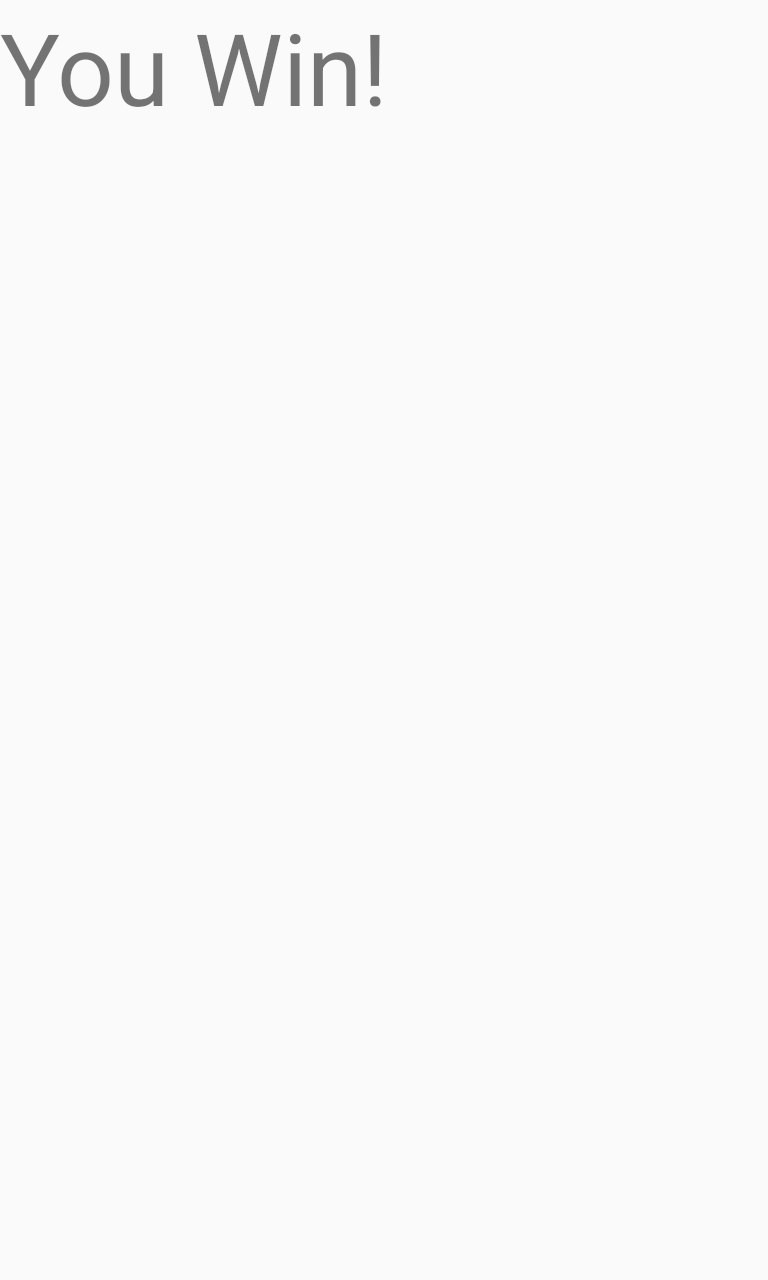
Repository: Rukshar/Native-App
Layout: nPuzzle10694676/nPuzzle10694676/res/layout/you_win.xml
These files come from the project's save history. The layout is drawn as it stood at one moment and after the next save; the edit follows.
It is drawn on a 768 x 1280 px phone screen (xhdpi) without system bars, with theme AppTheme; the app's code is not run.

Above is the layout before, as saved 2014-11-20 15:11:22.

### nPuzzle10694676/nPuzzle10694676/res/layout/you_win.xml
<?xml version="1.0" encoding="utf-8"?>
<LinearLayout xmlns:android="http://schemas.android.com/apk/res/android"
    android:layout_width="match_parent"
    android:layout_height="match_parent"
    android:orientation="vertical" >


	<TextView
	    android:id = "@+id/youwin"
	    android:layout_width="fill_parent"
	    android:layout_height="fill_parent"
	    android:text="You Win!"
	    android:textSize="50dp"/>
    <Button
        android:id="@+id/button1"
        android:layout_width="wrap_content"
        android:layout_height="wrap_content"
        android:text="Menu" />



</LinearLayout>

Loaded but not shown: nPuzzle10694676/nPuzzle10694676/res/values/styles.xml (common file); nPuzzle10694676/nPuzzle10694676/res/values-v11/styles.xml (common file); nPuzzle10694676/nPuzzle10694676/res/values-v14/styles.xml (common file)

After the next save:
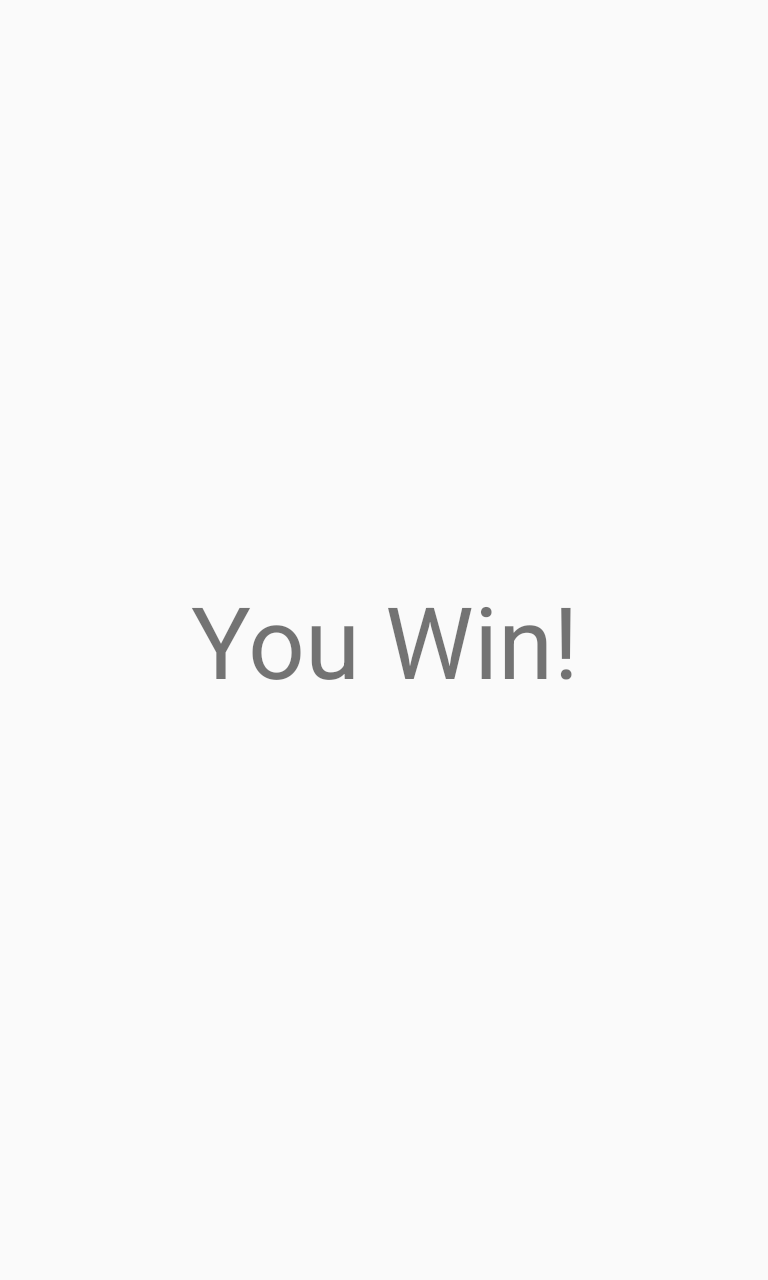
Saved 19 s later.
--- a/nPuzzle10694676/nPuzzle10694676/res/layout/you_win.xml
+++ b/nPuzzle10694676/nPuzzle10694676/res/layout/you_win.xml
@@ -10,7 +10,8 @@
 	    android:layout_width="fill_parent"
 	    android:layout_height="fill_parent"
 	    android:text="You Win!"
-	    android:textSize="50dp"/>
+	    android:textSize="50dp"
+	    android:gravity="center"/>
     <Button
         android:id="@+id/button1"
         android:layout_width="wrap_content"

After the 2 saves that followed:
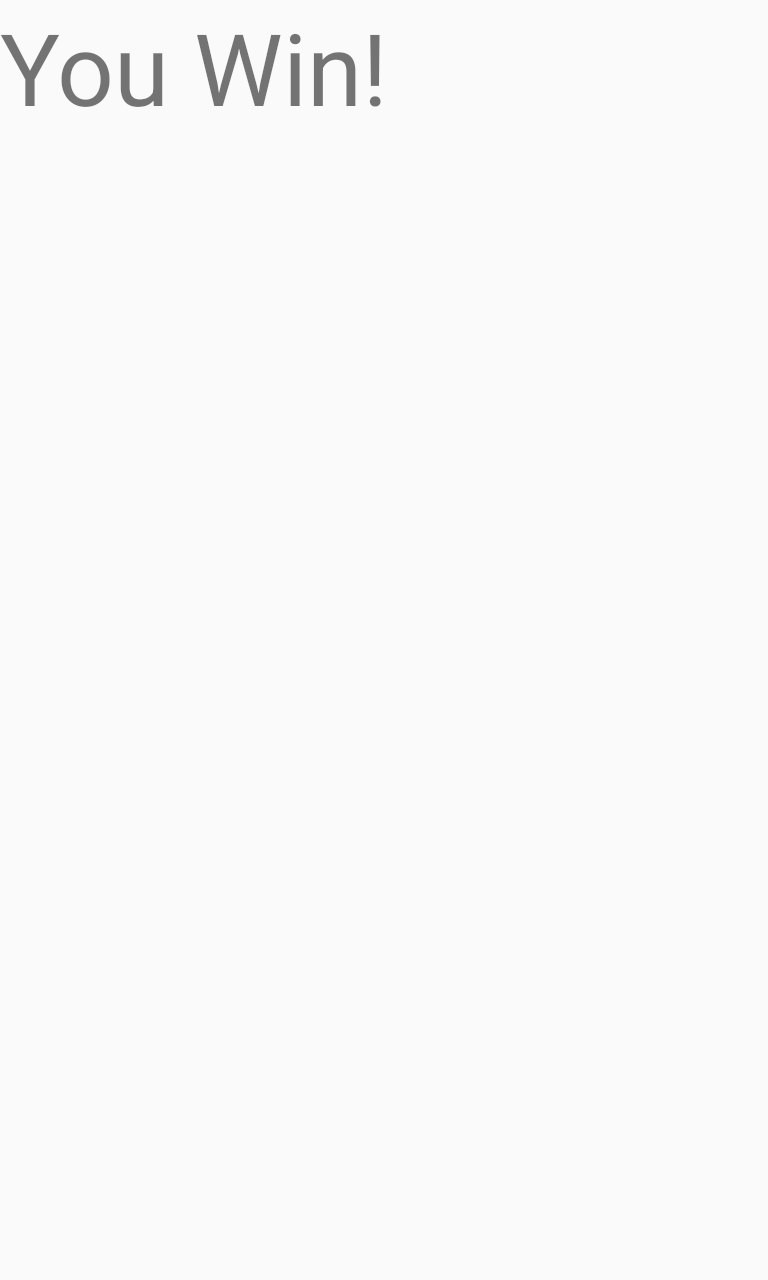
The 2 saves are shown as one change because 1 did not build or start.
The last was saved 40 s later.
--- a/nPuzzle10694676/nPuzzle10694676/res/layout/you_win.xml
+++ b/nPuzzle10694676/nPuzzle10694676/res/layout/you_win.xml
@@ -11,7 +11,7 @@
 	    android:layout_height="fill_parent"
 	    android:text="You Win!"
 	    android:textSize="50dp"
-	    android:gravity="center"/>
+	    android:gravity="fill_horizontal"/>"
     <Button
         android:id="@+id/button1"
         android:layout_width="wrap_content"
